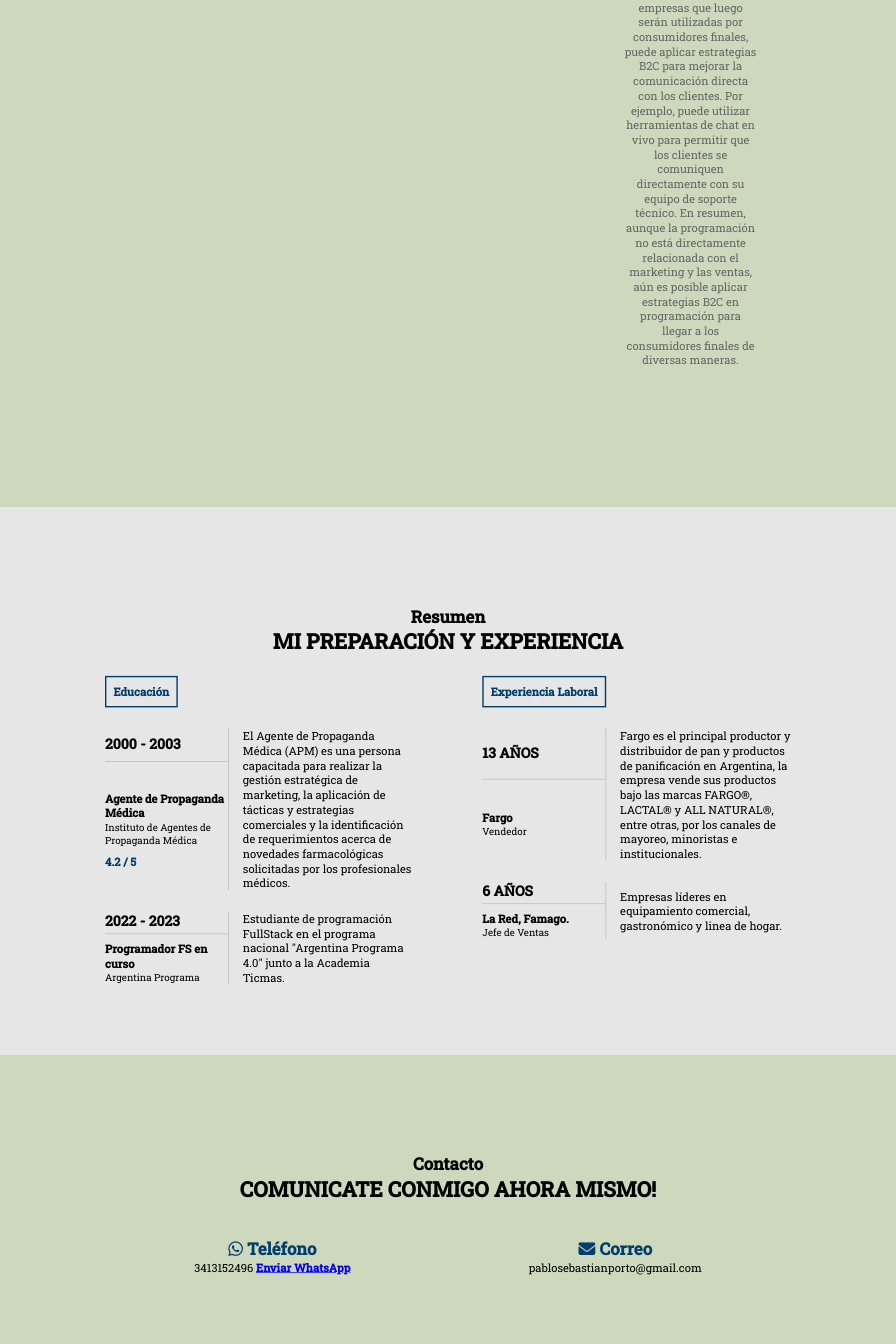
Repository: PabloSebastianPorto/Entrega-CV-1-ARG-PROG
Page: CVFINAL/CVfinal.HTML
These files come from the project's save history. The page is drawn as it stood at one moment and after the next save; the edit follows.
The browser window is 1280 px wide. The pictures show the part of the page from y = 2202 to 4122 px (the page is 4122 px tall), at 70% of full size.
Some web libraries are served in a nearby version.

Above is the page before, as saved 2023-02-28 13:54:28.
Console error: TypeError: Cannot read properties of null (reading 'appendChild')

### CVFINAL/CVfinal.HTML
<!DOCTYPE html>
<html lang="es">
  <head>
    <meta charset="UTF-8" />
    <meta http-equiv="X-UA-Compatible" content="IE=edge" />
    <meta name="viewport" content="width=device-width, initial-scale=1.0" />
    <title>Document</title>
    <link
      rel="stylesheet"
      href="https://cdnjs.cloudflare.com/ajax/libs/font-awesome/6.3.0/css/all.min.css"
      integrity="sha512-SzlrxWUlpfuzQ+pcUCosxcglQRNAq/DZjVsC0lE40xsADsfeQoEypE+enwcOiGjk/bSuGGKHEyjSoQ1zVisanQ=="
      crossorigin="anonymous"
      referrerpolicy="no-referrer"
    />
    <link rel="stylesheet" href="CVfinal.css" />
    <title>CV Pablo Sebastián Porto</title>
  </head>
  <body>
    <section class="inicio" id="inicio">
      <div class="contenido-seccion">
        <header>

          <nav id="nav" class="nav">
            <a href="#Inicio">Inicio</a>
            <a href="#Sobre Mí">Sobre Mí</a>
            <a href="#Historial">Historial Laboral</a>
            <a href="#Contacto">Contacto</a>
          </nav>
        </header>
        <div class="info">
          <h1>PABLO SEBASTIÁN PORTO</h1>
          <h2>
            Agente de Propaganda Médica, Vendedor Profesional, Desarrollador
            front-end JR
          </h2>
          <div class="redes">
            <a href="#"><i class="fa-brands fa-twitter"></i></a>
            <a href="#"><i class="fa-brands fa-facebook"></i></a>
            <a href="#"><i class="fa-brands fa-instagram"></i></a>
            <a href="#"><i class="fa-brands fa-twitch"></i></a>
            <a href="#"><i class="fa-brands fa-linkedin"></i></a>
          </div>
        </div>
        <div class="foto">
          <img
            src="IMG/CVfoto.jpg"
            alt="Aca va una imagen, pero se la robaron"
          />
        </div>
      </div>
    </section>
    <section class="sobremi" id="sobremi">
      <div class="contenido-seccion">
        <h2 class="titulo-seccion">Sobre Mí</h2>
        <h3>Datos Laborales</h3>
        <p class="especial">
          Asesor en ventas con mas de 20 años de experiencia en diferentes
          rubros.
        </p>
        <p>
          Me desarrolle como vendedor en empresas como Fargo, La Red
          Equipamiento, Famago, entre otras.
        </p>
        <div class="fila">
          <div class="col">
            <i class="fa-solid fa-user"></i>
            <span class="titulo-detalle">Perfil Comercial</span>
            <p>
              En mi caso, tengo un perfil comercial pero también he desarrollado
              habilidades en front-end, lo que me permite crear la parte visual
              y de interacción de un sitio web o aplicación móvil. Esta
              combinación de habilidades me ha permitido entender mejor las
              necesidades del negocio y los clientes, lo que puede guiar el
              diseño y la funcionalidad del producto de una manera más efectiva.
              Como profesional con experiencia en ventas y marketing, puedo
              entender las métricas de negocio y las necesidades del usuario
              final. Por lo tanto, puedo crear interfaces de usuario que estén
              diseñadas para satisfacer las necesidades específicas de los
              clientes y mejorar la experiencia del usuario. Por ejemplo, puedo
              diseñar una página de inicio atractiva y fácil de navegar que
              ayude a los visitantes a encontrar lo que están buscando de manera
              eficiente. En resumen, mi perfil comercial combinado con
              habilidades en front-end me permite ser un activo valioso para un
              equipo de desarrollo de software. Puedo aportar una comprensión
              profunda de las necesidades del cliente y del negocio a la
              creación de interfaces de usuario atractivas y efectivas que
              satisfagan los objetivos comerciales y las necesidades de los
              usuarios finales.
            </p>
          </div>
          <div class="col">
            <i class="fa-solid fa-flag"></i>
            <span class="titulo-detalle">Intereses y Objetivos</span>
            <p>
              Las estrategias B2C (Business to Consumer) son enfoques de
              marketing y ventas que se utilizan para llegar directamente a los
              consumidores finales. Aunque la programación no es un área
              tradicionalmente asociada con el marketing y las ventas, aún es
              posible aplicar estrategias B2C en programación de diversas
              maneras. Aquí hay algunas formas en que se pueden aplicar las
              estrategias B2C en programación: 1 - Desarrollo de aplicaciones
              para consumidores: si está desarrollando una aplicación para
              consumidores finales, puede aplicar estrategias B2C para llegar a
              su público objetivo. Por ejemplo, puede utilizar técnicas de
              marketing digital para promocionar su aplicación a través de
              anuncios en redes sociales y motores de búsqueda. 2 - Análisis de
              datos de los clientes: si está utilizando la programación para
              recopilar y analizar datos de los clientes, puede utilizar
              técnicas de segmentación de mercado para identificar patrones en
              los datos y personalizar su enfoque de marketing y ventas para
              cada segmento de clientes. 3 - Marketing de contenido: si está
              creando contenido relacionado con la programación, puede aplicar
              estrategias B2C para llegar a su audiencia objetivo. Por ejemplo,
              puede utilizar técnicas de SEO para optimizar su contenido para
              los motores de búsqueda y atraer a más consumidores finales. 4 -
              Comunicación directa con los clientes: si está desarrollando
              software o aplicaciones para empresas que luego serán utilizadas
              por consumidores finales, puede aplicar estrategias B2C para
              mejorar la comunicación directa con los clientes. Por ejemplo,
              puede utilizar herramientas de chat en vivo para permitir que los
              clientes se comuniquen directamente con su equipo de soporte
              técnico. En resumen, aunque la programación no está directamente
              relacionada con el marketing y las ventas, aún es posible aplicar
              estrategias B2C en programación para llegar a los consumidores
              finales de diversas maneras.
            </p>
          </div>
        </div>
      </div>
    </section>
    <section class="resumen" id="resumen">
      <div class="contenido-seccion">
        <h2 class="titulo-seccion">Resumen</h2>
        <h3>Mi preparación y experiencia</h3>
        <div class="info">
          <div class="col">
            <span class="titulo">Educación</span>
            <table>
              <tr>
                <td class="datos">
                  <h3>2000 - 2003</h3>
                </td>
                <td rowspan="2" class="descripcion">
                  El Agente de Propaganda Médica (APM) es una persona capacitada para realizar la gestión estratégica de marketing, la aplicación de tácticas y estrategias comerciales y la identificación de requerimientos acerca de novedades farmacológicas solicitadas por los profesionales médicos.
                </td>
              </tr>
              <tr>
                <td>
                  <h4>Agente de Propaganda Médica</h4>
                  <p>Instituto de Agentes de Propaganda Médica</p>
                  <span class="promedio">4.2 / 5</span>
                </td>
              </tr>
            </table>
            <table>
              <tr>
                <td class="datos">
                  <h3>2022 - 2023</h3>
                </td>
                <td rowspan="2" class="descripcion">
                  Estudiante de programación FullStack en el programa nacional "Argentina Programa 4.0" junto a la Academia Ticmas.
                </td>
              </tr>
              <tr>
                <td>
                  <h4>Programador FS en curso</h4>
                  <p>Argentina Programa</p>
                  </td>
              </tr>
            </table>
          </div>
          <div class="col">
            <span class="titulo">Experiencia Laboral</span>
            <table>
              <tr>
                <td class="datos">
                  <h3>13 Años</h3>
                </td>
                <td rowspan="2" class="descripcion">
                  Fargo es el principal productor y distribuidor de pan y productos de panificación en Argentina, la empresa vende sus productos bajo las marcas FARGO®, LACTAL® y ALL NATURAL®, entre otras, por los canales de mayoreo, minoristas e institucionales.
                </td>
              </tr>
              <tr>
                <td>
                  <h4>Fargo</h4>
                  <p>Vendedor</p>
                </td>
              </tr>
            </table>
            <table>
              <tr>
                <td class="datos">
                  <h3>6 Años</h3>
                </td>
                <td rowspan="2" class="descripcion">
                  Empresas líderes en equipamiento comercial, gastronómico y linea de hogar.
                </td>
              </tr>
              <tr>
                <td>
                  <h4>La Red, Famago.</h4>
                  <p>Jefe de Ventas</p>
                </td>
              </tr>
            </table>
          </div>
        </div>
      </div>
    </section>
    <section class="contacto" id="contacto">
      <div class="contenido-seccion">
        <h2 class="titulo-seccion">Contacto</h2>
        <h3>Comunicate conmigo ahora mismo!</h3>

        <div class="fila">
          <div class="col">
            <h2><i class="fa-brands fa-whatsapp"></i></i> Teléfono</h2>
            <span class="info-contacto">3413152496</span>
            <a href="https://api.whatsapp.com/send?phone=+5493413152496&text=¡Hola! Vi tu CV y me quiero comunicar contigo" style="font-weight: bold;">Enviar WhatsApp</a>
          </div>
          <div class="col">
            <h2><i class="fa-solid fa-envelope"></i> Correo</h2>
            <span class="info-contacto">pablosebastianporto@gmail.com</span>
          </div>
         </div>
      </div>
    </section>
    </section>
    <script src="CV2.js"></script>
  </body>
</html>

### CVFINAL/CVfinal.css
@import url("https://fonts.googleapis.com/css2?family=Roboto+Slab:wght@100;200;300;400;500&display=swap");
* {
  box-sizing: border-box;
  font-family: "Roboto Slab", serif;
  margin: 0;
  padding: 0;
}
html {
  box-sizing: border-box;
  font-family: "Roboto Slab", serif;
  margin: 0;
  padding: 0;
}
html {
  scroll-behavior: smooth;
}
.inicio {
  background: linear-gradient(rgba(0, 0, 0, 0.3), rgba(0, 0, 0, 0.3)),
    url(IMG/imagen-fondo.jpg);
  background-size: cover;
  background-position: center center;
  color: #ffffff;
}
.inicio .contenido-seccion {
  max-width: 1000px;
  margin: auto;
  text-align: center;
  padding: 0 10px;
}
.inicio .contenido-seccion header {
  padding: 30px;
}
.inicio .contenido-seccion header nav {
  background: #1e2326;
  position: fixed;
  width: 100%;
  top: 0;
  left: 0;
  z-index: 99;
  display: flex;
  justify-content: center;
}
.inicio .contenido-seccion header nav a {
  display: block;
  color: #ffffff;
  text-decoration: none;
  margin-bottom: 15px;
  margin-top: 15px;
  margin-right: 25px;
  font-weight: bold;
}
.inicio .contenido-seccion header nav a:hover {
  color: #ced8bc;
  transition: color 0.3s ease;
}
.inicio .contenido-seccion .info {
  padding-bottom: 130px;
}
.inicio .contenido-seccion .info h1 {
  font-size: 3rem;
  letter-spacing: 5px;
}
.inicio .contenido-seccion .info h2 {
  font-weight: normal;
  font-size: 20px;
  margin-top: -10px;
  letter-spacing: 2px;
}
.inicio .contenido-seccion .info .redes {
  margin: 20px 0;
}
.inicio .contenido-seccion .info .redes a {
  display: inline-block;
  text-decoration: none;
  background-color: #000;
  color: #ffffff;
  border: 2px solid #ffffff;
  border-radius: 50%;
  width: 40px;
  height: 40px;
  line-height: 40px;
  margin: 0 5px;
  transition: 0.3s;
}
.inicio .contenido-seccion .info .redes a:hover {
  color: #fff;
  background-color: #003e6c;
  box-shadow: 0 0 20px #fff;
}
.inicio .contenido-seccion .foto {
  position: relative;
}
.inicio .contenido-seccion .foto img {
  max-width: 350px;
  max-height: 350px;
  border-radius: 50%;
  border: 5px solid #003e6c;
  position: absolute;
  left: 50%;
  top: -100px;
  transform: translateX(-50%);
}
.sobremi {
  background-color: #ced8bc;
  padding: 200px 0 200px 0;
  text-align: center;
}
.sobremi .contenido-seccion {
  max-width: 3000px;
  margin: auto;
  padding: 0 10px;
}
.sobremi .contenido-seccion h3 {
  text-transform: uppercase;
  font-size: 30px;
}
.sobremi .contenido-seccion .especial {
  color: #003e6c;
  font-weight: bold;
  margin-top: 15px;
}
.sobremi .contenido-seccion p {
  max-width: 1000px;
  margin: auto;
  color: #666;
  padding-left: 5cm;
  padding-right: 5cm;
}
.sobremi .contenido-seccion .fila {
  display: flex;
  margin-top: 40px;
  justify-content: space-between;
}
.sobremi .contenido-seccion .fila .col {
  width: 45%;
}
.sobremi .contenido-seccion .fila .col i {
  color: #003e6c;
  display: inline-block;
  width: 40px;
  height: 40px;
  border: 2px solid #003e6c;
  line-height: 40px;
  border-radius: 50%;
}
.sobremi .contenido-seccion .fila .col span {
  display: block;
  font-weight: bold;
  margin: 8px 0;
}
.resumen {
  background-color: #e6e6e6;
  padding: 140px 0 100px 0;
  text-align: center;
}
.resumen .contenido-seccion {
  max-width: 1000px;
  margin: auto;
  padding: 0 10px;
}
.resumen .contenido-seccion h3 {
  text-transform: uppercase;
  font-size: 30px;
}
.resumen .contenido-seccion .info {
  text-align: left;
  display: flex;
  justify-content: space-between;
  margin-top: 30px;
}
.resumen .contenido-seccion .info .col {
  width: 45%;
}
.resumen .contenido-seccion .info .col .titulo {
  display: inline-block;
  color: #003e6c;
  font-weight: bold;
  border: 2px solid #003e6c;
  padding: 10px;
}
.resumen .contenido-seccion .info .col table {
  margin-top: 30px;
  border-collapse: collapse;
}
.resumen .contenido-seccion .info .col table .datos {
  width: 40%;
  border-bottom: 1px solid #bab9b9;
}
.resumen .contenido-seccion .info .col table h4 {
  margin-top: 10px;
}
.resumen .contenido-seccion .info .col table h3 {
  font-size: 20px;
  margin-bottom: 5px;
}
.resumen .contenido-seccion .info .col table p {
  font-size: 14px;
}
.resumen .contenido-seccion .info .col table .promedio {
  display: block;
  color: #003e6c;
  margin-top: 10px;
  font-weight: bold;
}
.resumen .contenido-seccion .info .col table .descripcion {
  border-left: 1px solid #bab9b9;
  padding-left: 20px;
}
.contacto {
  background-color: #ced8bc;
  padding: 140px 0 100px 0;
  color: #000000;
  text-align: center;
}
.contacto .contenido-seccion {
  max-width: 1000px;
  margin: auto;
  padding: 0 10px;
}
.contacto .contenido-seccion h3 {
  text-transform: uppercase;
  font-size: 30px;
}
.contacto .contenido-seccion .fila {
  display: flex;
  justify-content: space-around;
}
.contacto .contenido-seccion .fila .col {
  margin-top: 50px;
}
.contacto .contenido-seccion .fila .col h2 {
  color: #003e6c;
}
@media screen and (max-width: 800px) {
  .habilidades .contenido-seccion .fila {
    display: block;
  }
  .habilidades .contenido-seccion .fila .col {
    width: 100%;
    text-align: center;
  }
  .habilidades .contenido-seccion .fila .col .cont-barra {
    justify-content: center;
  }
  .sobremi .contenido-seccion .fila {
    display: block;
  }
  .sobremi .contenido-seccion .fila .col {
    width: 80%;
    margin: auto;
    margin-top: 20px;
  }
  .resumen .contenido-seccion .info {
    display: block;
  }
  .resumen .contenido-seccion .info .col {
    width: 90%;
    margin: auto;
  }
  .resumen .contenido-seccion .info .col .titulo {
    display: block;
    text-align: center;
  }
  .resumen .contenido-seccion .info .col table {
    margin-top: 10px;
    margin-bottom: 30px;
  }
  .contacto .contenido-seccion .fila {
    display: block;
  }
}

### CVFINAL/CV2.js
var menu_visible = false;
let menu = document.getElementById("nav");
function mostrarOcultarMenu() {
  if (menu_visible == false) {
    //si esta oculto
    menu.style.display = "block";
    menu_visible = true;
  } else {
    menu.style.display = "none";
    menu_visible = false;
  }
}
//oculto el menu una vez que selecciono una opción
let links = document.querySelectorAll("nav a");
for (var x = 0; x < links.length; x++) {
  links[x].onclick = function () {
    menu.style.display = "none";
    menu_visible = false;
  };
}

//Creo las barritas de una barra particular identificada por su id
function crearBarra(id_barra) {
  for (i = 0; i <= 16; i++) {
    let div = document.createElement("div");
    div.className = "e";
    id_barra.appendChild(div);
  }
}

//selecciono todas las barras generales par aluego manipularlas
let html = document.getElementById("html");
crearBarra(html);
let javascript = document.getElementById("javascript");
crearBarra(javascript);
let wordpress = document.getElementById("wordpress");
crearBarra(wordpress);
let photoshop = document.getElementById("photoshop");
crearBarra(photoshop);
let php = document.getElementById("php");
crearBarra(php);
let ilustrator = document.getElementById("ilustrator");
crearBarra(ilustrator);

//Ahora voy a guardar la cantidad de barritas que se van a ir pintando por cada barar
//para eso utilizo un arreglo, cada posiciòn pertenece a un elemento
//comienzan en -1 porque no tiene ninguna pintada al iniciarse
let contadores = [-1, -1, -1, -1, -1, -1];
//esta variable la voy a utilizar de bandera para saber si ya ejecuto la animación
let entro = false;

//función que aplica las animaciones de la habilidades
function efectoHabilidades() {
  var habilidades = document.getElementById("habilidades");
  var distancia_skills =
    window.innerHeight - habilidades.getBoundingClientRect().top;
  if (distancia_skills >= 300 && entro == false) {
    entro = true;
    const intervalHtml = setInterval(function () {
      pintarBarra(html, 16, 0, intervalHtml);
    }, 100);
    const intervalJavascript = setInterval(function () {
      pintarBarra(javascript, 11, 1, intervalJavascript);
    }, 100);
    const intervalWordpress = setInterval(function () {
      pintarBarra(wordpress, 11, 2, intervalWordpress);
    }, 100);
    const intervalPhotoshop = setInterval(function () {
      pintarBarra(photoshop, 15, 3, intervalPhotoshop);
    }, 100);
    const intervalPhp = setInterval(function () {
      pintarBarra(php, 16, 4, intervalPhp);
    }, 100);
    const intervalIlustrator = setInterval(function () {
      pintarBarra(ilustrator, 11, 5, intervalIlustrator);
    }, 100);
  }
}

//lleno una barra particular con la cantidad indicada
function pintarBarra(id_barra, cantidad, indice, interval) {
  contadores[indice]++;
  x = contadores[indice];
  if (x < cantidad) {
    let elementos = id_barra.getElementsByClassName("e");
    elementos[x].style.backgroundColor = "#940253";
  } else {
    clearInterval(interval);
  }
}

//detecto el scrolling del mouse para aplicar la animación de la barra
window.onscroll = function () {
  efectoHabilidades();
};

After the next save:
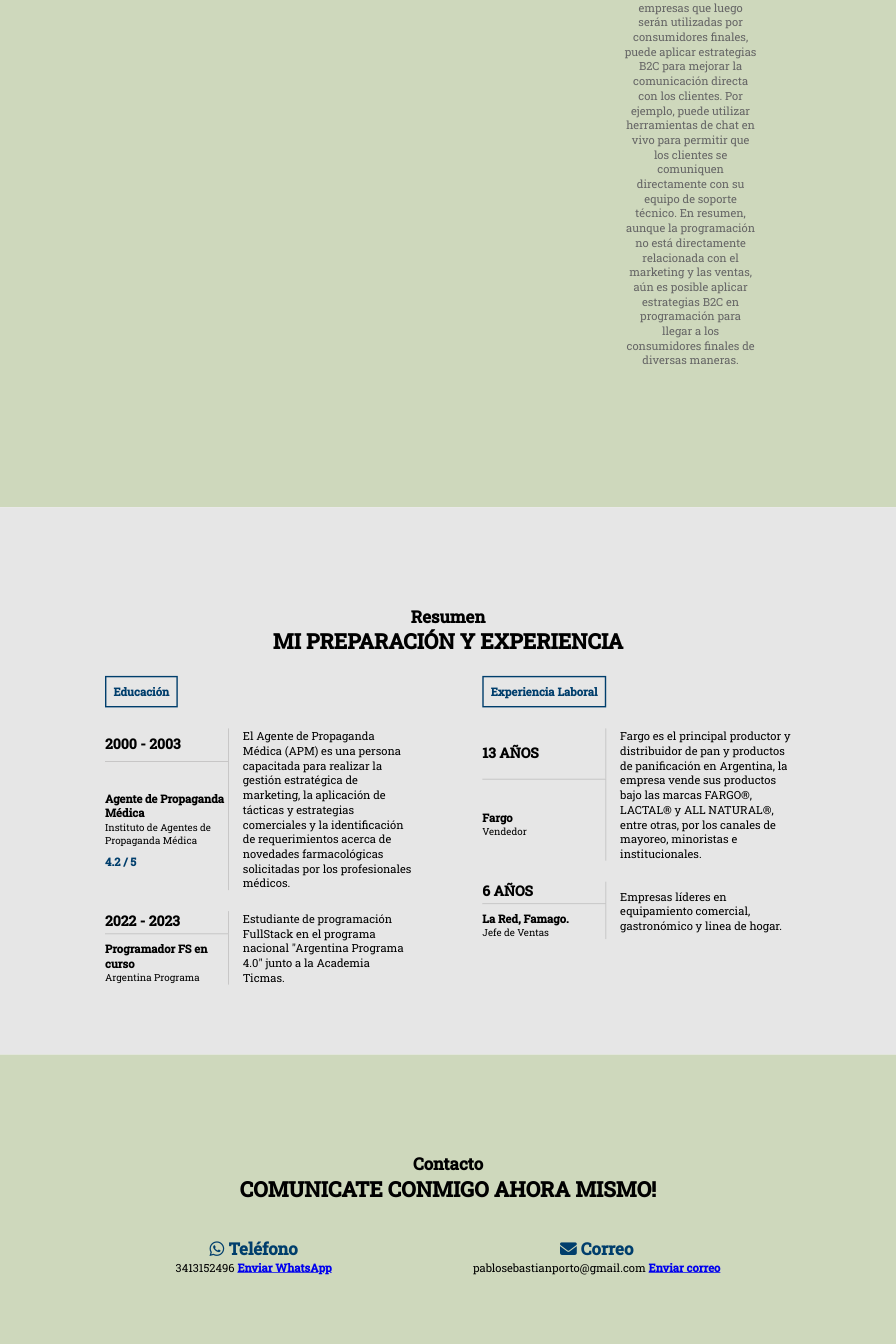
Saved 3 min 41 s later.
--- a/CVFINAL/CVfinal.HTML
+++ b/CVFINAL/CVfinal.HTML
@@ -221,6 +221,7 @@
           <div class="col">
             <h2><i class="fa-solid fa-envelope"></i> Correo</h2>
             <span class="info-contacto">pablosebastianporto@gmail.com</span>
+            <a href="mailto:correo_ejemplo@dominio.com" style="font-weight: bold;">Enviar correo</a>
           </div>
          </div>
       </div>
